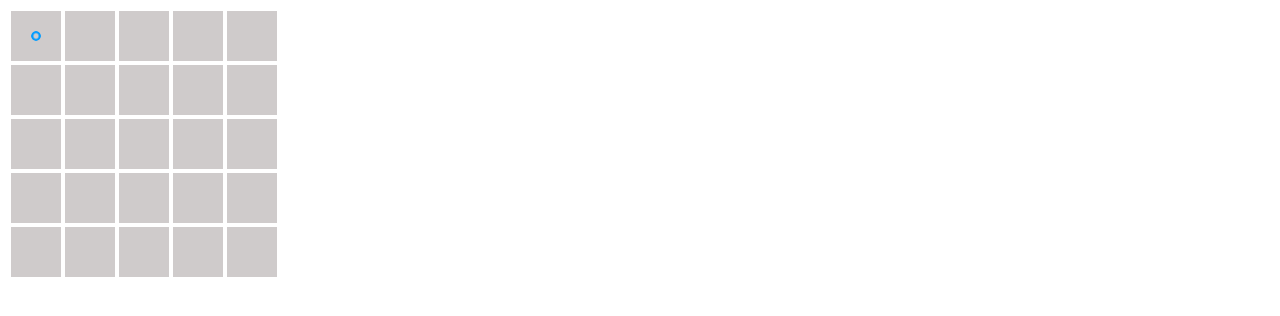
Repository: tungts3qb/BTCodeGym
Page: CaroGame/index.html
These files come from the project's save history. The page is drawn as it stood at one moment and after the next save; the edit follows.
The browser window is 1280 px wide. The pictures show the whole page.

Above is the page before, as saved 2023-02-09 17:11:22.

After the next save:
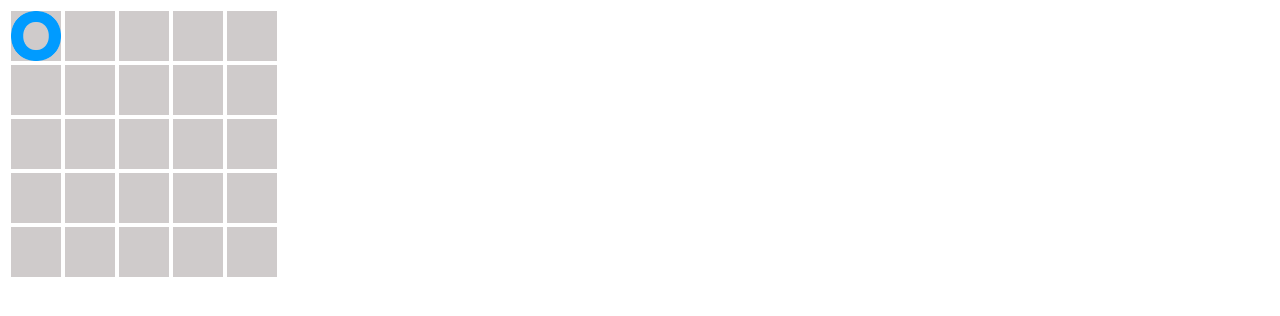
Saved 12 s later.
--- a/CaroGame/style.css
+++ b/CaroGame/style.css
@@ -14,9 +14,9 @@
 }
 
 .square-icon {
-  height: 10px;
-  width: 10px;
-  border-radius: 100%;
+  height: 50px;
+  width: 50px;
+  /* border-radius: 100%; */
   background: url("Opng.png") no-repeat center / cover;
   /* background-color: red; */
   /* margin: 0 auto; */
